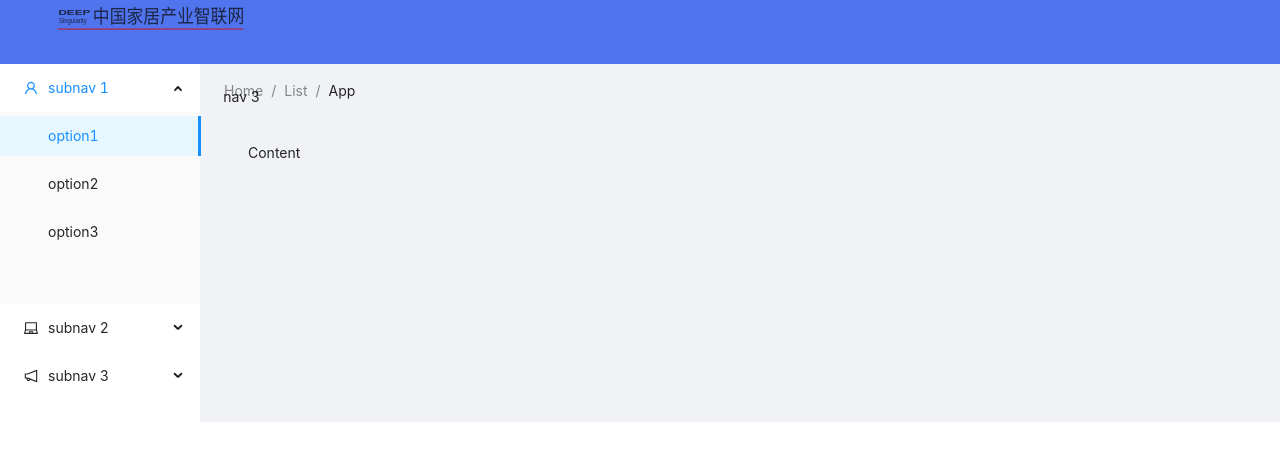
Repository: Vsran/management
Page: /main
An editor plug-in stored every save of this project. The page is shown before and after the next save, followed by the edit.
The browser window is 1280 px wide. The pictures show the whole page.
The project was rebuilt for these pictures with package versions that can differ from the ones it lists, and the page was loaded fresh each time. Also part of the build but not shown: src/pages/login.js, src/pages/register/index.js.

Above is the page before, as saved 2021-02-19 14:26:58.

### public/index.html
<!DOCTYPE html>
<html lang="en">
  <head>
    <meta charset="utf-8" />
    <link rel="icon" href="%PUBLIC_URL%/favicon.ico" />
    <meta name="viewport" content="width=device-width, initial-scale=1" />
    <meta name="theme-color" content="#000000" />
    <meta
      name="description"
      content="Web site created using create-react-app"
    />
    <link rel="apple-touch-icon" href="%PUBLIC_URL%/logo192.png" />
    <!--
      manifest.json provides metadata used when your web app is installed on a
      user's mobile device or desktop. See https://developers.google.com/web/fundamentals/web-app-manifest/
    -->
    <link rel="manifest" href="%PUBLIC_URL%/manifest.json" />
    <!--
      Notice the use of %PUBLIC_URL% in the tags above.
      It will be replaced with the URL of the `public` folder during the build.
      Only files inside the `public` folder can be referenced from the HTML.

      Unlike "/favicon.ico" or "favicon.ico", "%PUBLIC_URL%/favicon.ico" will
      work correctly both with client-side routing and a non-root public URL.
      Learn how to configure a non-root public URL by running `npm run build`.
    -->
    <title>management</title>
  </head>
  <body>
    <noscript>You need to enable JavaScript to run this app.</noscript>
    <div id="root"></div>
    <!--
      This HTML file is a template.
      If you open it directly in the browser, you will see an empty page.

      You can add webfonts, meta tags, or analytics to this file.
      The build step will place the bundled scripts into the <body> tag.

      To begin the development, run `npm start` or `yarn start`.
      To create a production bundle, use `npm run build` or `yarn build`.
    -->
  </body>
</html>

### src/index.js
import React from "react";
import ReactDOM from "react-dom";
import reportWebVitals from "./reportWebVitals";
import App from "./App";
import { Provider } from "react-redux";
import { store } from './redux/store';

ReactDOM.render(
  <React.StrictMode>
    <Provider store={store}>
      <App />
    </Provider>
  </React.StrictMode>,
  document.getElementById("root")
);

// If you want to start measuring performance in your app, pass a function
// to log results (for example: reportWebVitals(console.log))
// or send to an analytics endpoint. Learn more: https://bit.ly/CRA-vitals
reportWebVitals();

### src/App.js
import {
  BrowserRouter as Router,
  Switch,
  Route,
} from 'react-router-dom';
import LogIn from "./pages/login";
import Register from "./pages/register";

import "antd/dist/antd.css";
import { renderRoute } from 'react-router-config';
import UserLayOut from './components/layout/userLayout';

function Authorized() {

}
const routes = [
  {
    component: () => <div>Root</div>,
    routes: [
      {
        path: '/',
        label: '首页',
        exact: true,
        component: () => <div>home</div>
      },

    ]
  }
]

export default function App() {
  return (
    <Router>
      <Switch>
        <Route path='/register'>
          <Register/>
        </Route>
        <Route path='/login'>
          <LogIn />
        </Route>
        <Route path='/main'>
         <UserLayOut/>
        </Route>
      </Switch>
    </Router>
  );
}

### src/redux/store.js
import { createStore, applyMiddleware } from "redux";
import logger from "redux-logger";
import { logReducer } from "./reducer";

export let store = createStore(logReducer, applyMiddleware(logger));

### src/components/layout/userLayout.js
import { Layout, Menu, Breadcrumb } from 'antd';
import { UserOutlined, LaptopOutlined, NotificationOutlined } from '@ant-design/icons';
import { Link } from 'react-router-dom';
import icon from '../../imgs/icon.svg';
import './userLayout.scss';
const { SubMenu } = Menu;
const { Header, Content, Sider } = Layout;
export default () =>(
  <Layout>
    <Header className="header">
      <div className="logo" />
      <img src={icon}/>
      <Menu theme="light" mode="horizontal" defaultSelectedKeys={['2']}>
        <Menu.Item key="1">nav 1</Menu.Item>
        <Menu.Item key="2">nav 2</Menu.Item>
        <Menu.Item key="3">nav 3</Menu.Item>
      </Menu>
    </Header>
    <Layout>
      <Sider width={200} className="site-layout-background">
        <Menu
          mode="inline"
          defaultSelectedKeys={['1']}
          defaultOpenKeys={['sub1']}
          style={{ height: '100%', borderRight: 0 }}
        >
          <SubMenu key="sub1" icon={<UserOutlined />} title="subnav 1">
            <Menu.Item key="1"><Link to='/main/sub1/option1'>option1</Link></Menu.Item>
            <Menu.Item key="2"><Link to='/main/sub1/option2'>option2</Link></Menu.Item>
            <Menu.Item key="3"><Link to='/main/sub1/option3'>option3</Link></Menu.Item>
            <Menu.Item key="4"><Link to='/main/sub1/option4'></Link></Menu.Item>
          </SubMenu>
          <SubMenu key="sub2" icon={<LaptopOutlined />} title="subnav 2">
            <Menu.Item key="5"><Link to='/main/sub2/option5'>option5</Link></Menu.Item>
            <Menu.Item key="6">option6</Menu.Item>
            <Menu.Item key="7">option7</Menu.Item>
            <Menu.Item key="8">option8</Menu.Item>
          </SubMenu>
          <SubMenu key="sub3" icon={<NotificationOutlined />} title="subnav 3">
            <Menu.Item key="9">option9</Menu.Item>
            <Menu.Item key="10">option10</Menu.Item>
            <Menu.Item key="11">option11</Menu.Item>
            <Menu.Item key="12">option12</Menu.Item>
          </SubMenu>
        </Menu>
      </Sider>
      <Layout style={{ padding: '0 24px 24px' }}>
        <Breadcrumb style={{ margin: '16px 0' }}>
          <Breadcrumb.Item>Home</Breadcrumb.Item>
          <Breadcrumb.Item>List</Breadcrumb.Item>
          <Breadcrumb.Item>App</Breadcrumb.Item>
        </Breadcrumb>
        <Content
          className="site-layout-background"
          style={{
            padding: 24,
            margin: 0,
            minHeight: 280,
          }}
        >
          Content
        </Content>
      </Layout>
    </Layout>
  </Layout>
);

### src/redux/reducer.js
export function logReducer(state = { logged: false }, action) {
  switch (action.type) {
    case "logIn":
      return { logged: true };
    case "logOut":
      return { logged: false };
    default:
      return state;
  }
}

### src/components/layout/userLayout.scss
img{
    width: 200px;
    height: auto;
}
.ant-layout-header{
    background: rgb(80, 116, 238);
}

Loaded but not shown: src/reportWebVitals.js (common file); src/pages/register/index.scss (no stored copy; drawn as an empty file)

After the next save:
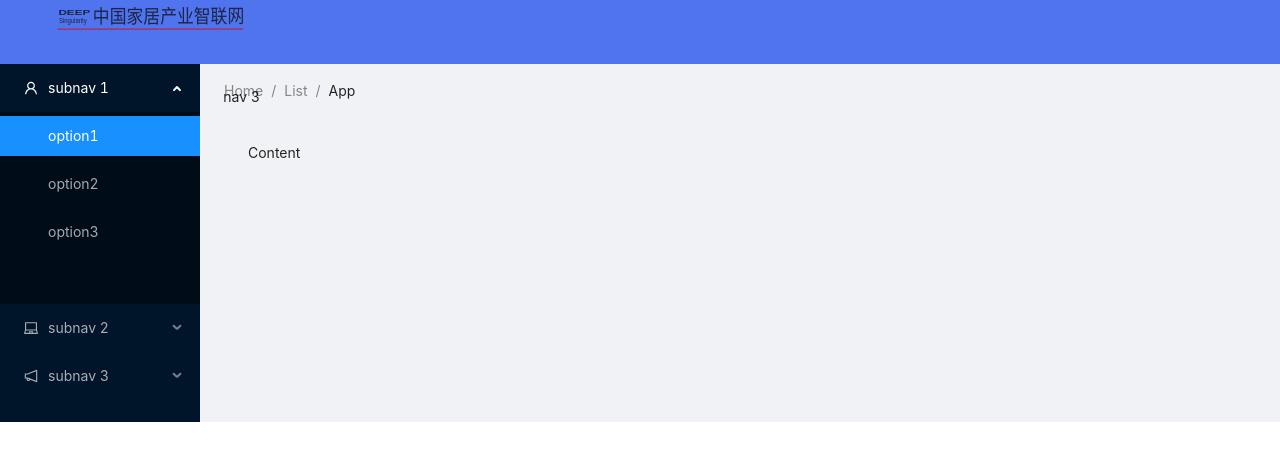
Saved 45 s later.
--- a/src/components/layout/userLayout.js
+++ b/src/components/layout/userLayout.js
@@ -23,6 +23,7 @@
           defaultSelectedKeys={['1']}
           defaultOpenKeys={['sub1']}
           style={{ height: '100%', borderRight: 0 }}
+          theme="dark"
         >
           <SubMenu key="sub1" icon={<UserOutlined />} title="subnav 1">
             <Menu.Item key="1"><Link to='/main/sub1/option1'>option1</Link></Menu.Item>
